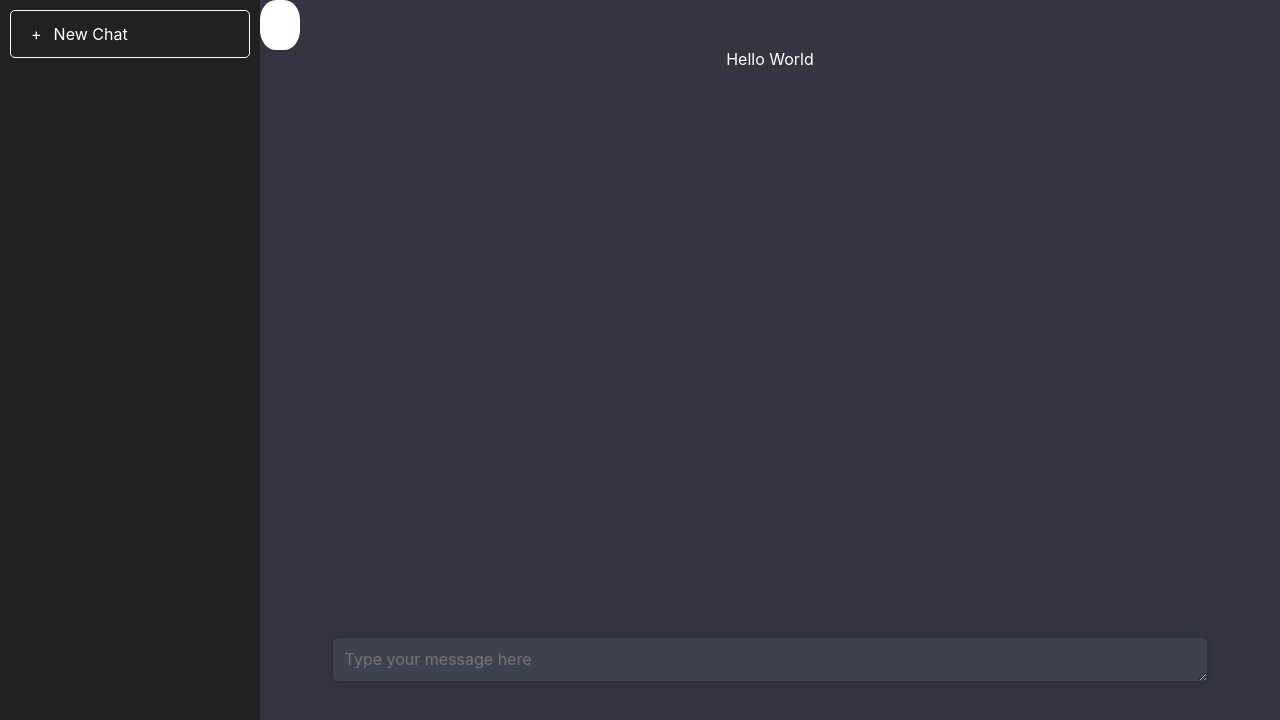
Repository: lancenigel/ChatGPT-Clone
Page: / (app in client/)
The author's editor kept a copy of each file at every save. The page is drawn from the files as they stood at one save, then again after the next save.
The browser window is 1280 px wide. The pictures show the whole page.
The project was rebuilt for these pictures with package versions that can differ from the ones it lists, and the page was loaded fresh each time.

Above is the page before, as saved 2024-02-04 00:37:39.

After the next save:
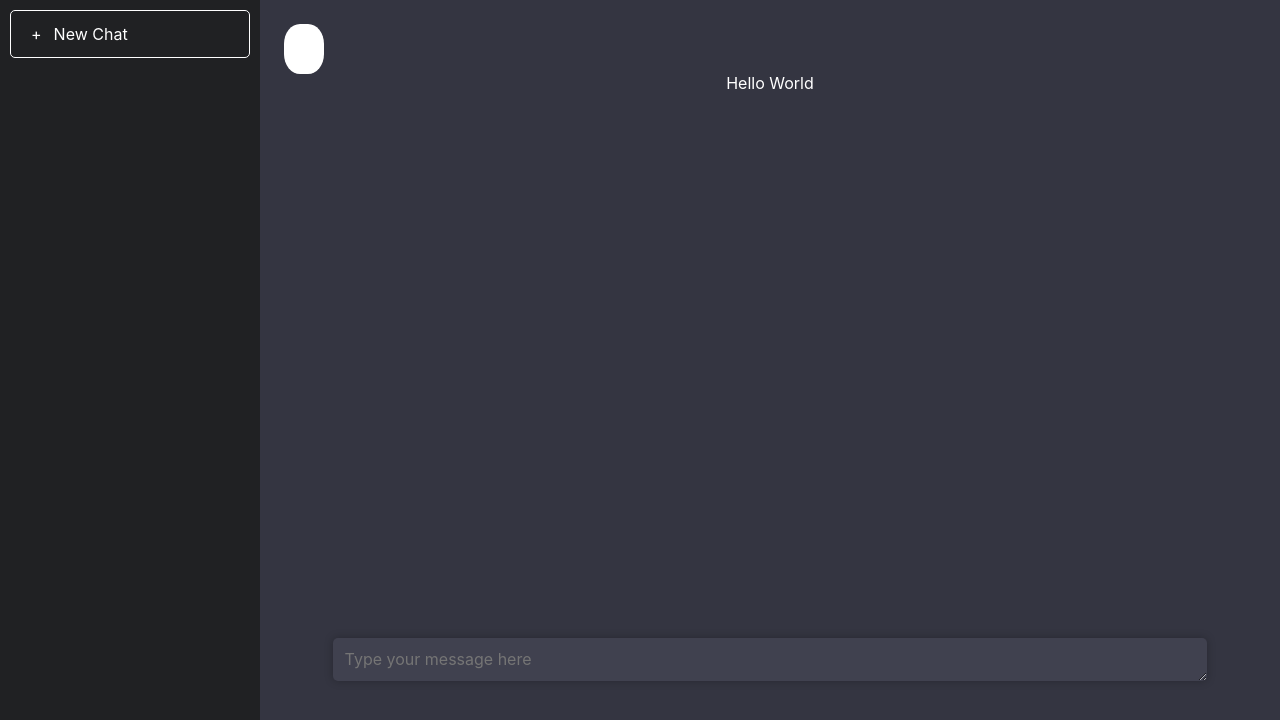
Saved 4 s later.
--- a/client/src/App.css
+++ b/client/src/App.css
@@ -14,7 +14,7 @@
 }
 
 .chat-log{
-  padding:
+  padding: 24px;
 }
 
 .chat-message{
